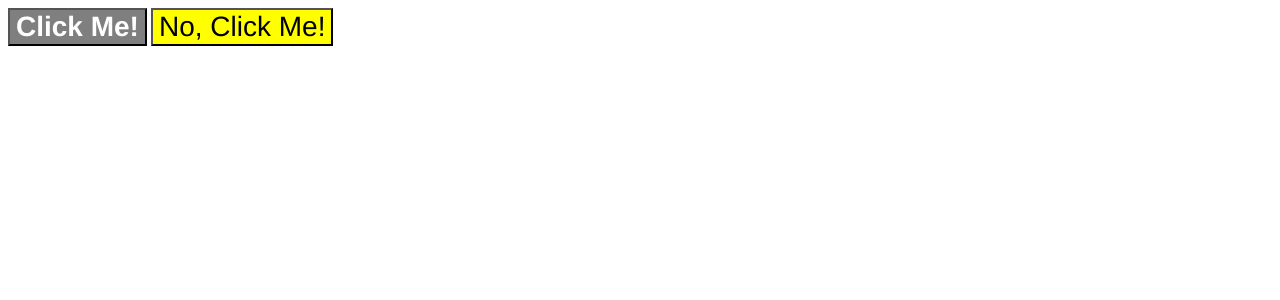
Repository: bbrockbrown/css-exercises
Page: foundations/03-grouping-selectors/index.html
An editor plug-in stored every save of this project. The page is shown before and after the next save, followed by the edit.
The browser window is 1280 px wide. The pictures show the whole page.

Above is the page before, as saved 2024-07-08 13:09:14.

After the next save:
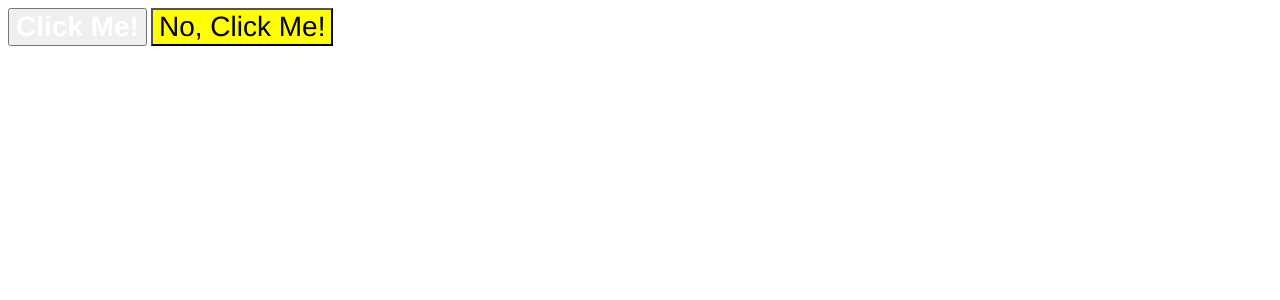
Saved 5 s later.
--- a/foundations/03-grouping-selectors/style.css
+++ b/foundations/03-grouping-selectors/style.css
@@ -1,5 +1,5 @@
 .click {
-    background-color: rgb(0, 0, 0, .5);
+    background-color: rgb(0, 0, 0,);
     color: white;
     font-weight: bold;
 }
